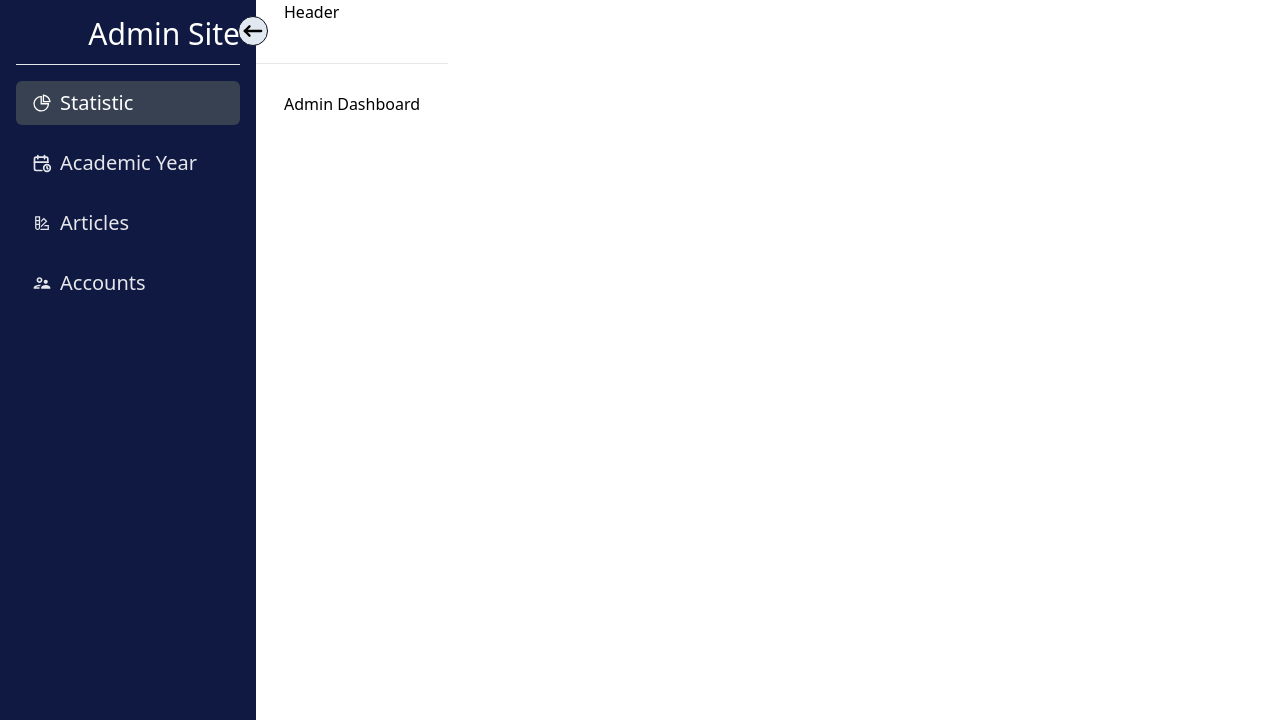
Repository: huynhvanngoan/COMP1640FE-Template
Page: /admin
An editor plug-in stored every save of this project. The page is shown before and after the next save, followed by the edit.
The browser window is 1280 px wide. The pictures show the whole page.
The project was rebuilt for these pictures with package versions that can differ from the ones it lists, and the page was loaded fresh each time. Also part of the build but not shown: src/components/buttonStyles.js, src/pages/LoginPage.jsx, src/pages/student/StudentDashboard.jsx, src/pages/department/DepartmentDashboard.jsx, src/pages/marketing/MarketingDashboard.jsx, src/pages/guest/GuestDashboard.jsx.

Above is the page before, as saved 2024-03-24 07:00:16.

After the next save:
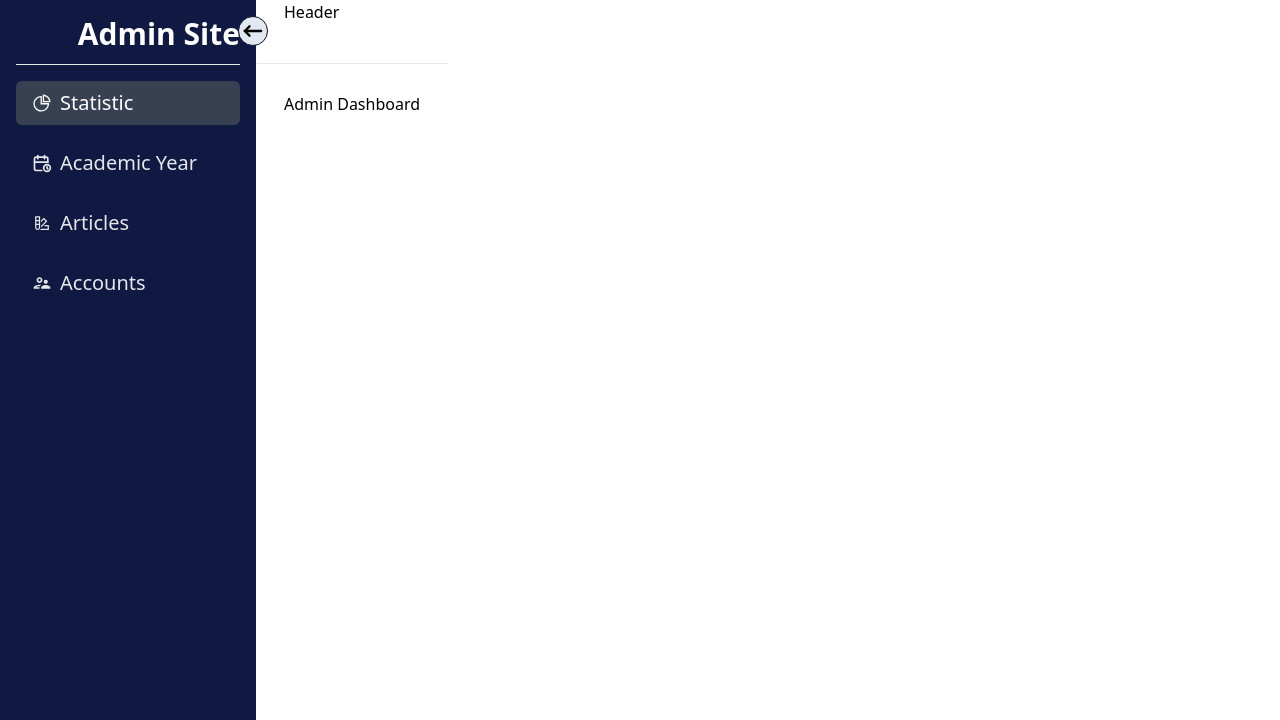
Saved 28 s later.
--- a/src/pages/admin/Sidebar.js
+++ b/src/pages/admin/Sidebar.js
@@ -32,7 +32,7 @@ export default function Sidebar() {
     <div className={`left-0 top-0 h-screen bg-[#0f1941] p-4 ${colapse ? "w-64" : "w-20"} duration-300`}>
         <div className='flex flex-col'>
            <div className='relative flex h-10 justify-end'>
-            <h1 className='text-white text-3xl bold'>Admin Site</h1>
+            <h1 className='text-white text-3xl font-bold'>Admin Site</h1>
             <TbArrowNarrowLeft className={`text-3xl bg-slate-200 rounded-full cursor-pointer absolute -right-7 border border-[#080e24] hover:text-white ${!colapse && 'rotate-180'}`} onClick={() => setColapse(!colapse)} />
            </div>
           <ul className='my-2 border-t pt-4 w-full items-center'>
